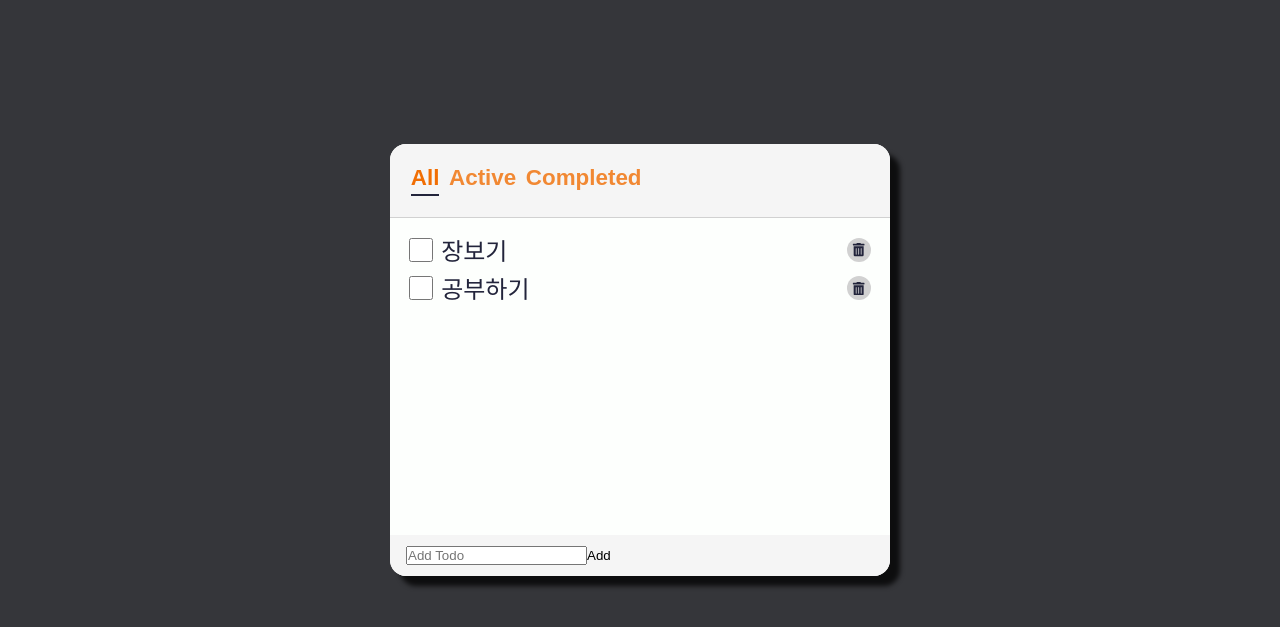
Repository: MrJinkyu/TodoList
Page: /
An editor plug-in stored every save of this project. The page is shown before and after the next save, followed by the edit.
The browser window is 1280 px wide. The pictures show the whole page.
The project was rebuilt for these pictures with package versions that can differ from the ones it lists, and the page was loaded fresh each time.

Above is the page before, as saved 2023-05-01 14:56:23.

After the next save:
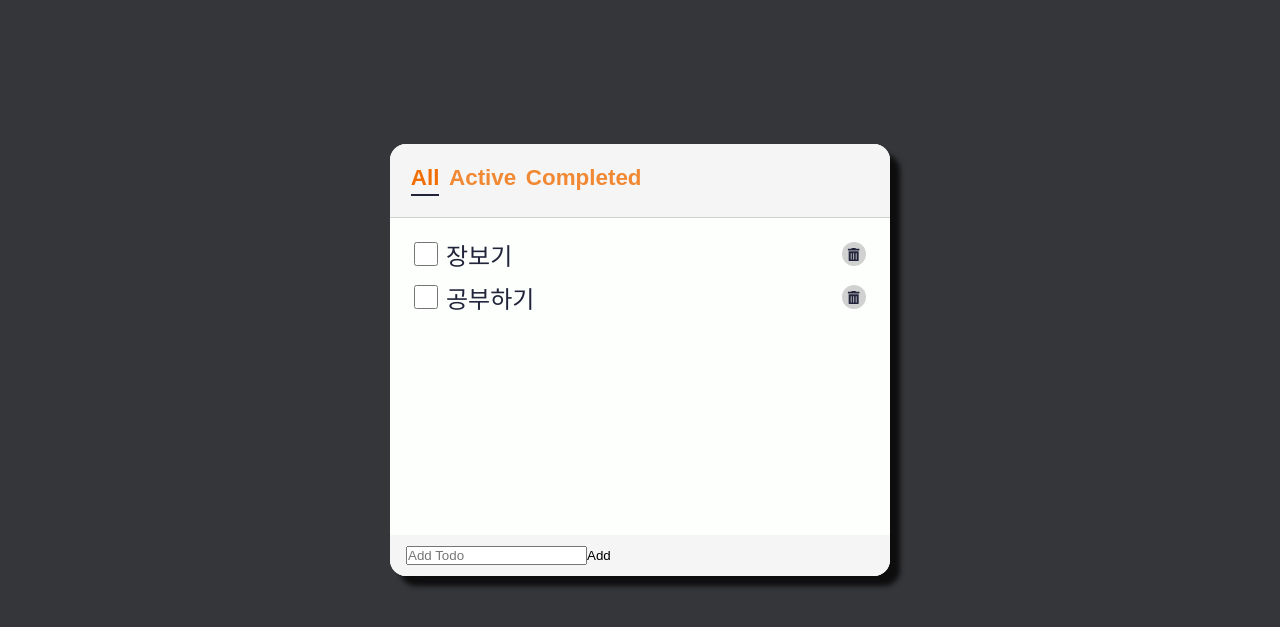
Saved 22 s later.
--- a/src/components/Todo.module.css
+++ b/src/components/Todo.module.css
@@ -2,7 +2,7 @@
     display: flex;
     justify-content: space-between;
     align-items: center;
-    margin: 0.2rem;
+    margin: 0.5rem;
 }
 
 .checkbox{
